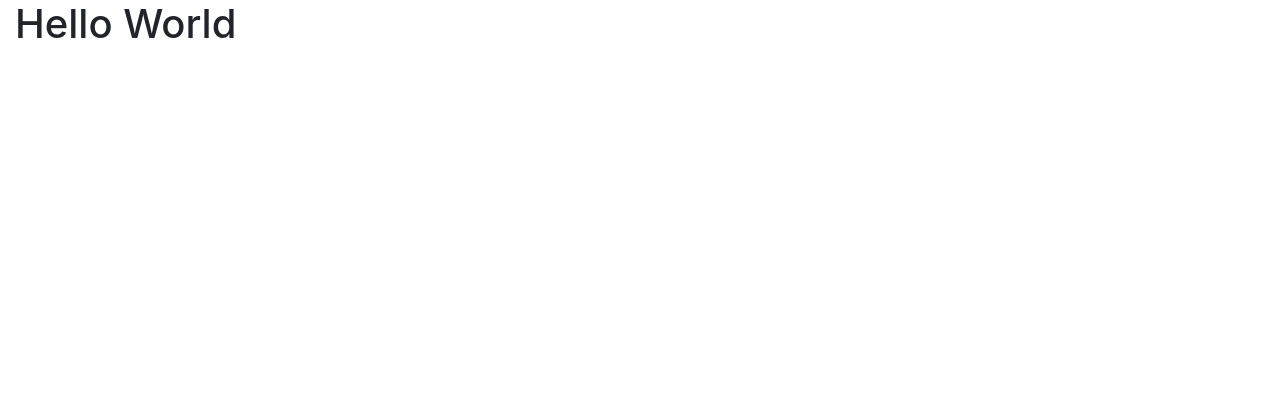
Repository: Thekxgh/website
Page: /
The author's editor kept a copy of each file at every save. The page is drawn from the files as they stood at one save, then again after the next save.
The browser window is 1280 px wide. The pictures show the whole page.
The project was rebuilt for these pictures with package versions that can differ from the ones it lists, and the page was loaded fresh each time.

Above is the page before, as saved 2021-07-14 09:30:36.

After the next save:
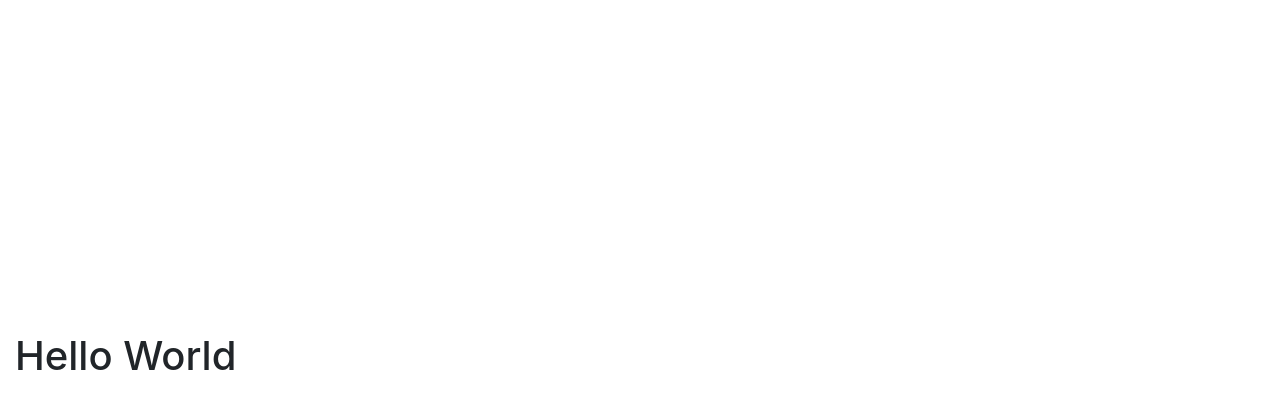
Saved 7 s later.
--- a/src/presentation/LandingPage.tsx
+++ b/src/presentation/LandingPage.tsx
@@ -3,7 +3,7 @@ import { Col, Container, Row } from "react-bootstrap"
 export const LandingPage = () => {
     return (
     <Container fluid>
-        <Row className="min-vh-100">
+        <Row className="min-vh-100 align-items-center">
             <Col>
                 <h1>Hello World</h1>
             </Col>
